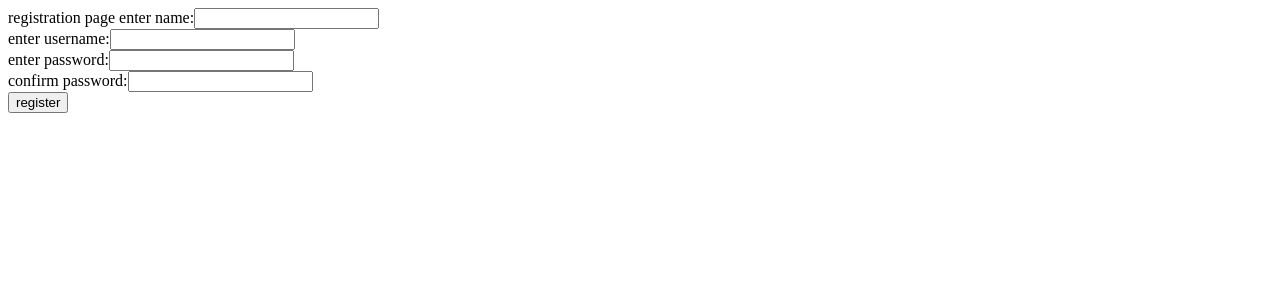
Repository: vishnushelke/LoginPage
Page: http://localhost/MyLoginPage/register.jsp
An editor plug-in stored every save of this project. The page is shown before and after the next save, followed by the edit.
The browser window is 1280 px wide. The pictures show the whole page.
The page is served by Tomcat 9.

Above is the page before, as saved 2019-10-10 04:12:55.

After the next save:
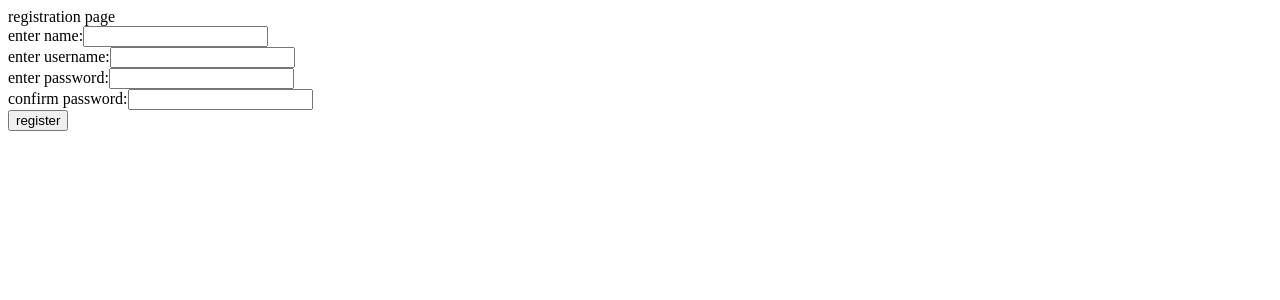
Saved 24 s later.
--- a/MyLoginPage/WebContent/register.jsp
+++ b/MyLoginPage/WebContent/register.jsp
@@ -8,7 +8,7 @@
 </head>
 <form action="register">
 <body>
-registration page
+registration page<br>
 enter name:<input type="text" name="name"><br>
 enter username:<input type="text" name="username"><br>
 enter password:<input type="text" name="password"><br>
